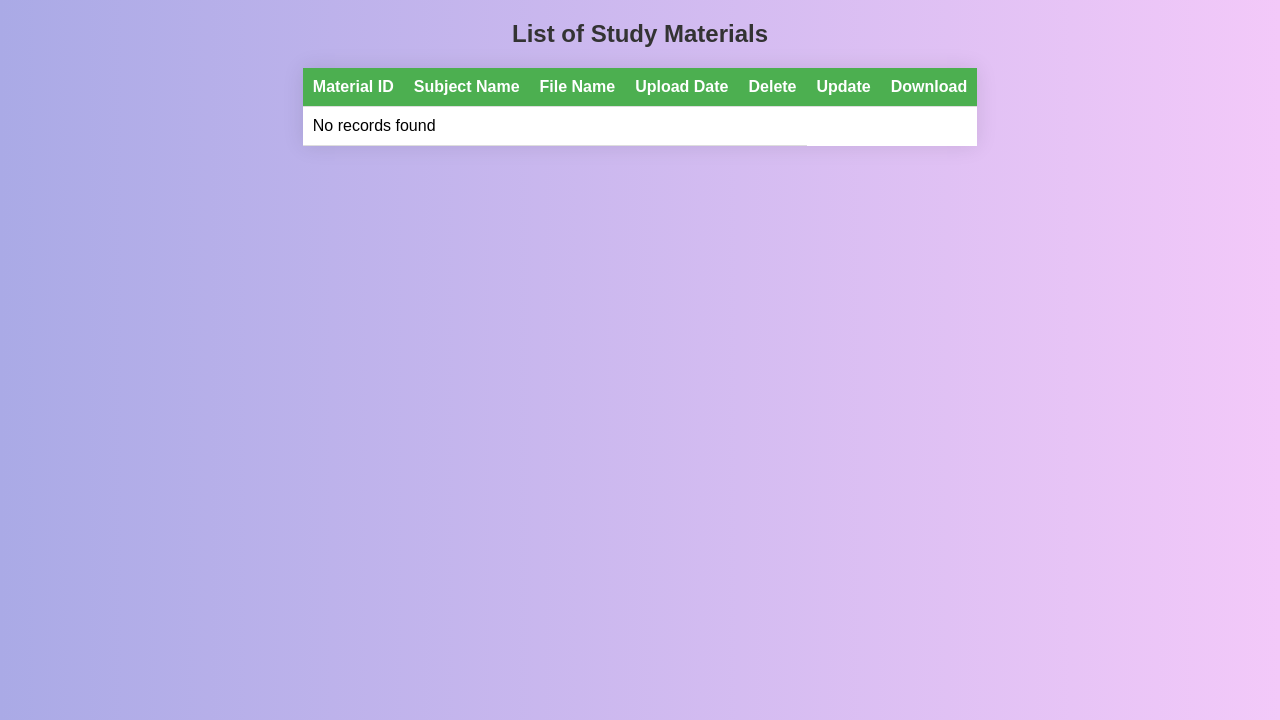
Repository: Acharya-Keerthana/Education
Page: http://localhost/education/third_sem/SPT.php
These files come from the project's save history. The page is drawn as it stood at one moment and after the next save; the edit follows.
The browser window is 1280 px wide. The pictures show the whole page.
The page is run by PHP 8.4 with error messages shown; the project is at /var/www/html/. Queries for data that is not in the repository find no rows.

Above is the page before, as saved 2024-04-16 21:20:31.

After the next save:
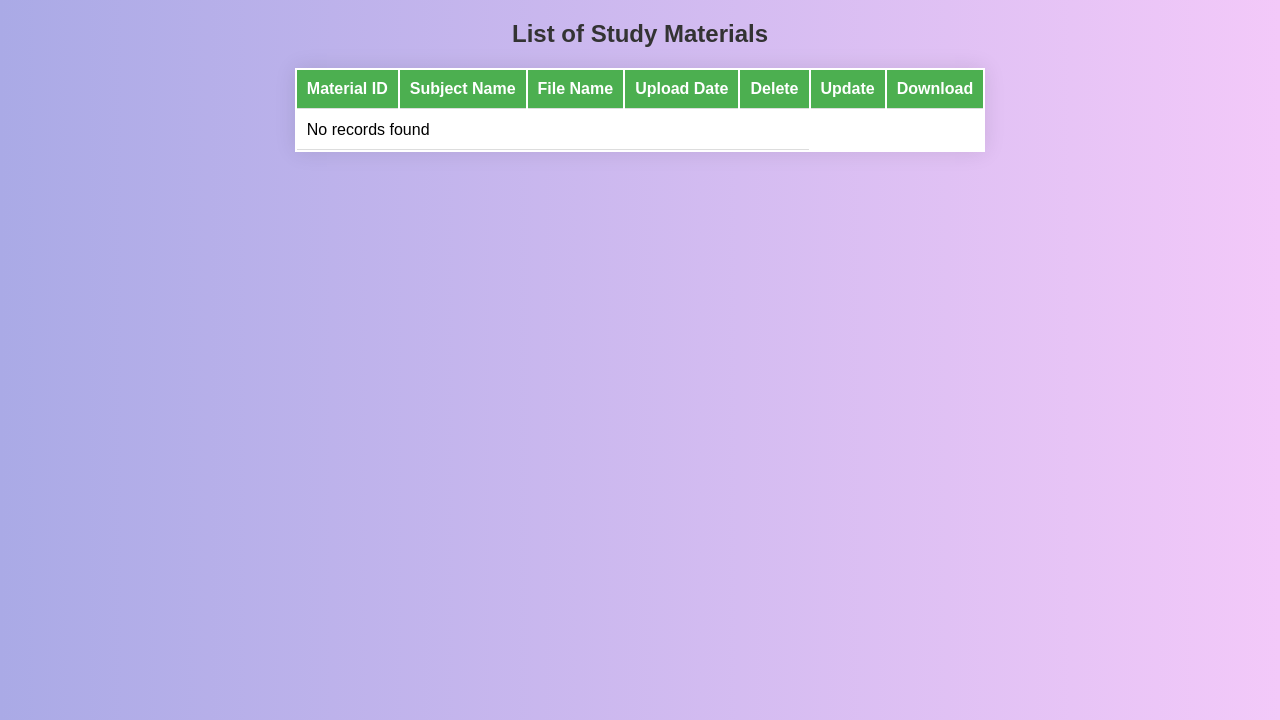
Saved 36 s later.
--- a/third_sem/styles.css
+++ b/third_sem/styles.css
@@ -30,7 +30,7 @@
 table {
     width: fit-content; /* Set table width to fit its content */
     margin: 20px auto; /* Center-align the table with margin */
-    border-collapse: collapse; /* Collapse table borders */
+     /* Collapse table borders */
     background-color: #fff; /* Set background color of the table */
     box-shadow: 0 0 20px rgba(0, 0, 0, 0.1); /* Add box shadow for table */
 }

After the 2 saves that followed:
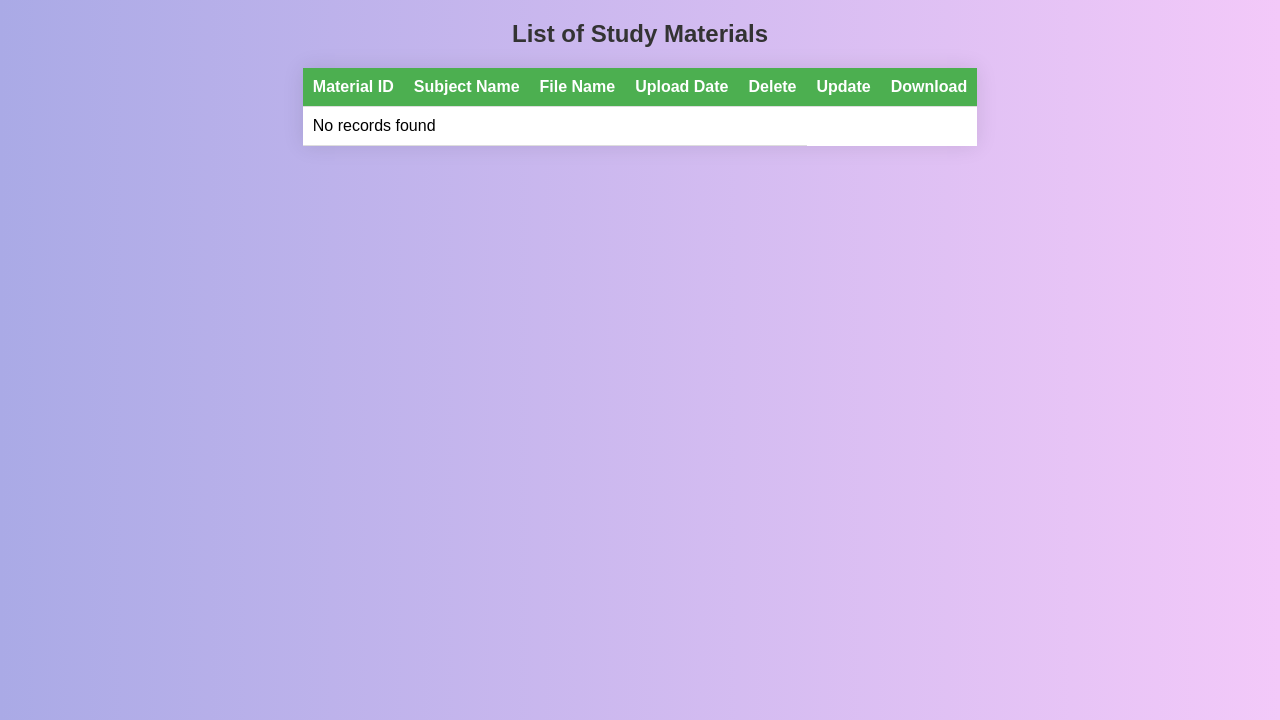
The 2 saves are shown as one change because 1 left the picture as it was.
The last was saved 2 min 27 s later.
--- a/third_sem/SPT.php
+++ b/third_sem/SPT.php
@@ -33,8 +33,6 @@
                     echo "<td>" . $row["subject_name"] . "</td>";
                     echo "<td>" . $row["file_name"] . "</td>";
                     echo "<td>" . $row["upload_date"] . "</td>";
-                    echo "<td>" . $row["Update"] . "</td>";
-                    echo "<td>" . $row["Download"] . "</td>";
                     echo "<td><a href='http://localhost/education/delete.php?material_id=" . $row['material_id'] . "' onclick=\"return confirm('Are you sure you want to delete this study material?');\">Delete</a></td>";
                     echo "<td><a href='http://localhost/education/updateup.php?material_id=" . $row['material_id'] . "' onclick=\"return confirm('Are you sure you want to update this study material?');\">Update</a></td>";
                     echo "<td><a href='http://localhost/education/download.php?material_id=" . $row['material_id'] . "' onclick=\"return confirm('Are you sure you want to Download this study material?');\">Download</a></td>";
--- a/third_sem/styles.css
+++ b/third_sem/styles.css
@@ -30,7 +30,7 @@
 table {
     width: fit-content; /* Set table width to fit its content */
     margin: 20px auto; /* Center-align the table with margin */
-     /* Collapse table borders */
+    border-collapse: collapse; /* Collapse table borders */
     background-color: #fff; /* Set background color of the table */
     box-shadow: 0 0 20px rgba(0, 0, 0, 0.1); /* Add box shadow for table */
 }
